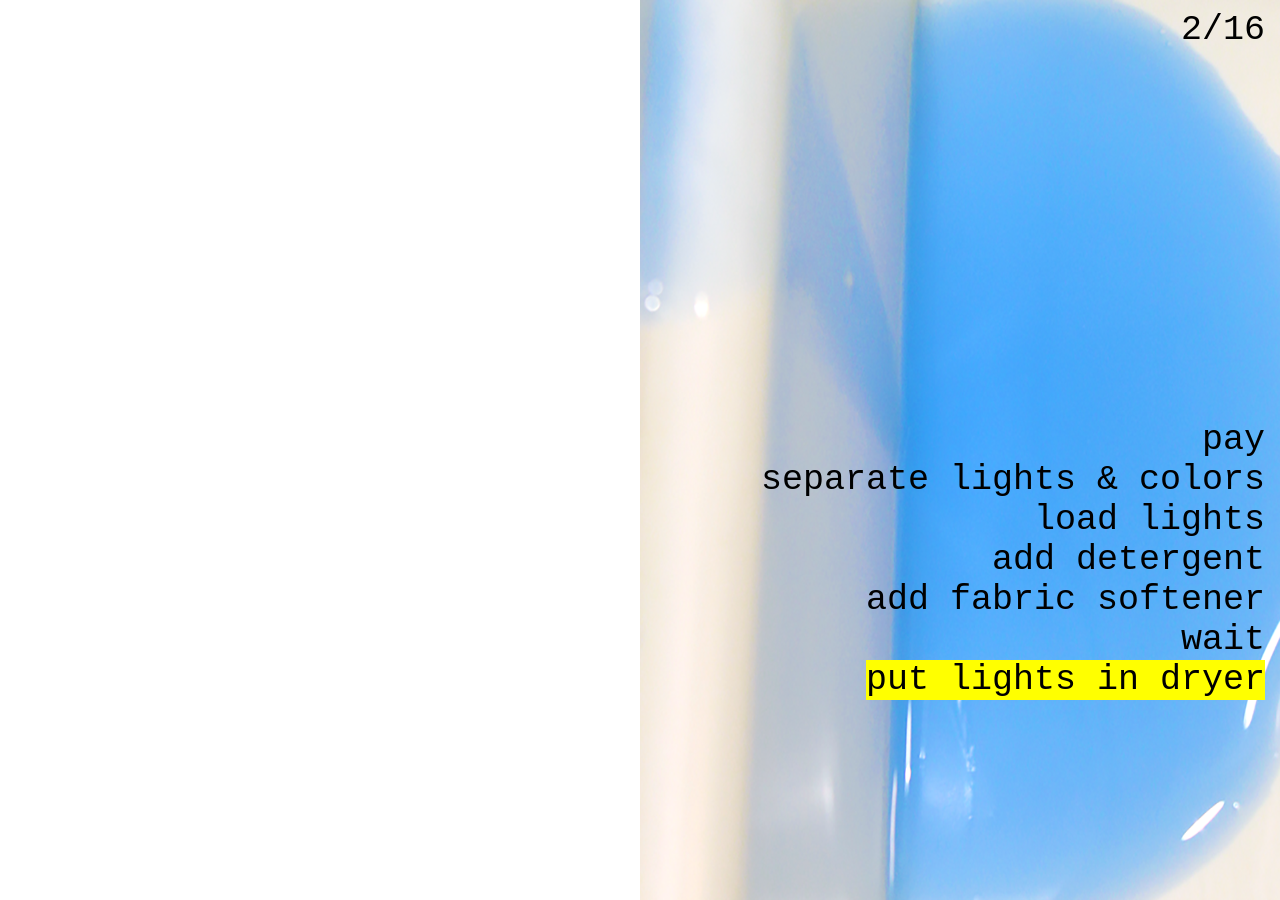
Repository: ortik455/ortik455.github.io
Page: studio/laundrysite/seven.html
The author's editor kept a record of every edit. The page is drawn from the files as they stood at one moment, then again after the next edit.
The browser window is 1280 px wide. The pictures show the whole page.

Above is the page before.

After the next edit:
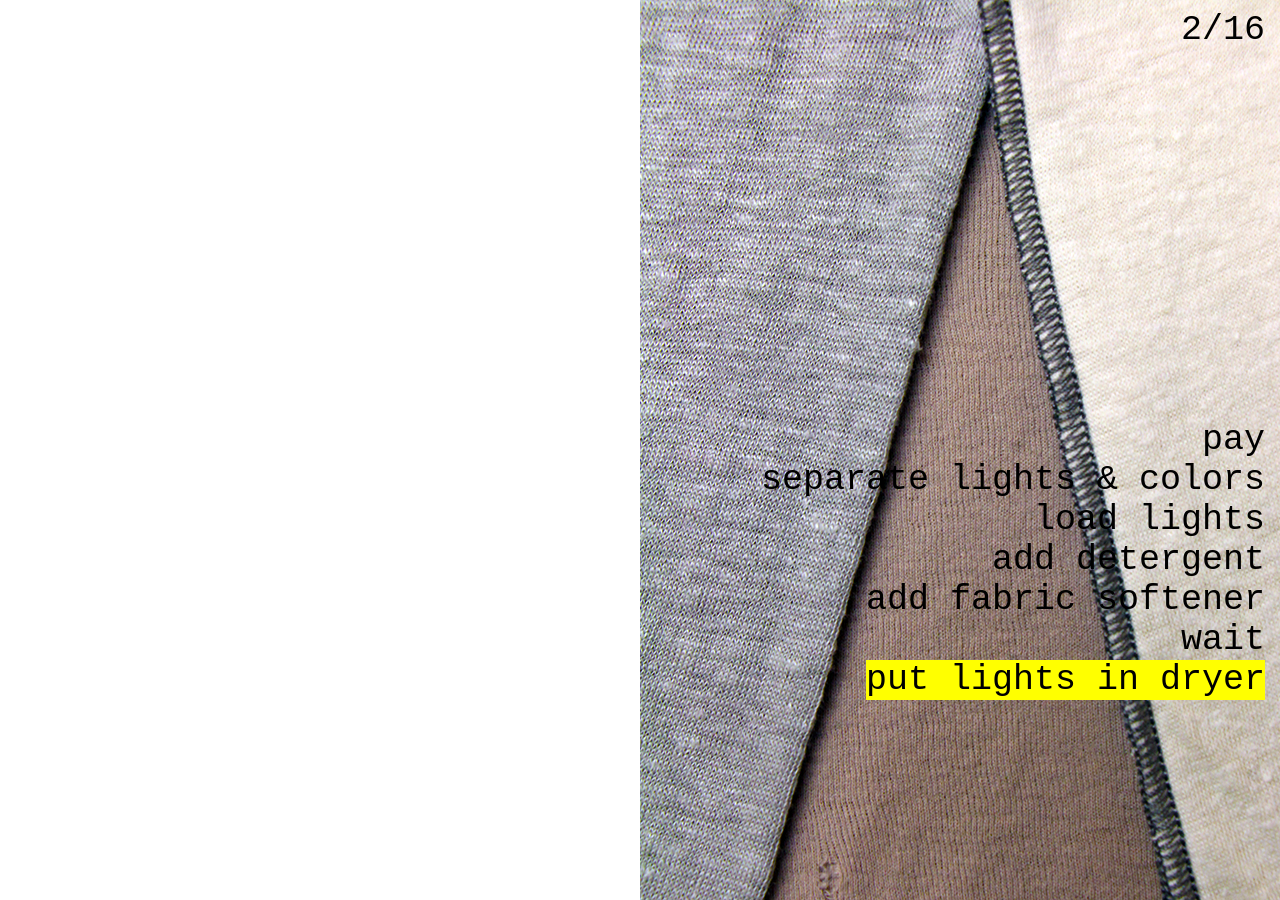
The edit:
--- a/studio/laundrysite/seven.html
+++ b/studio/laundrysite/seven.html
@@ -32,7 +32,7 @@
 	  </div>
 
 	  <div class="photos">
-	  	<a href="eight.html"><img src="photos/softener.png"  alt=""></a>
+	  	<a href="eight.html"><img src="photos/unloadlights.png"  alt=""></a>
 	  </div>
 	</body>
 </html>
